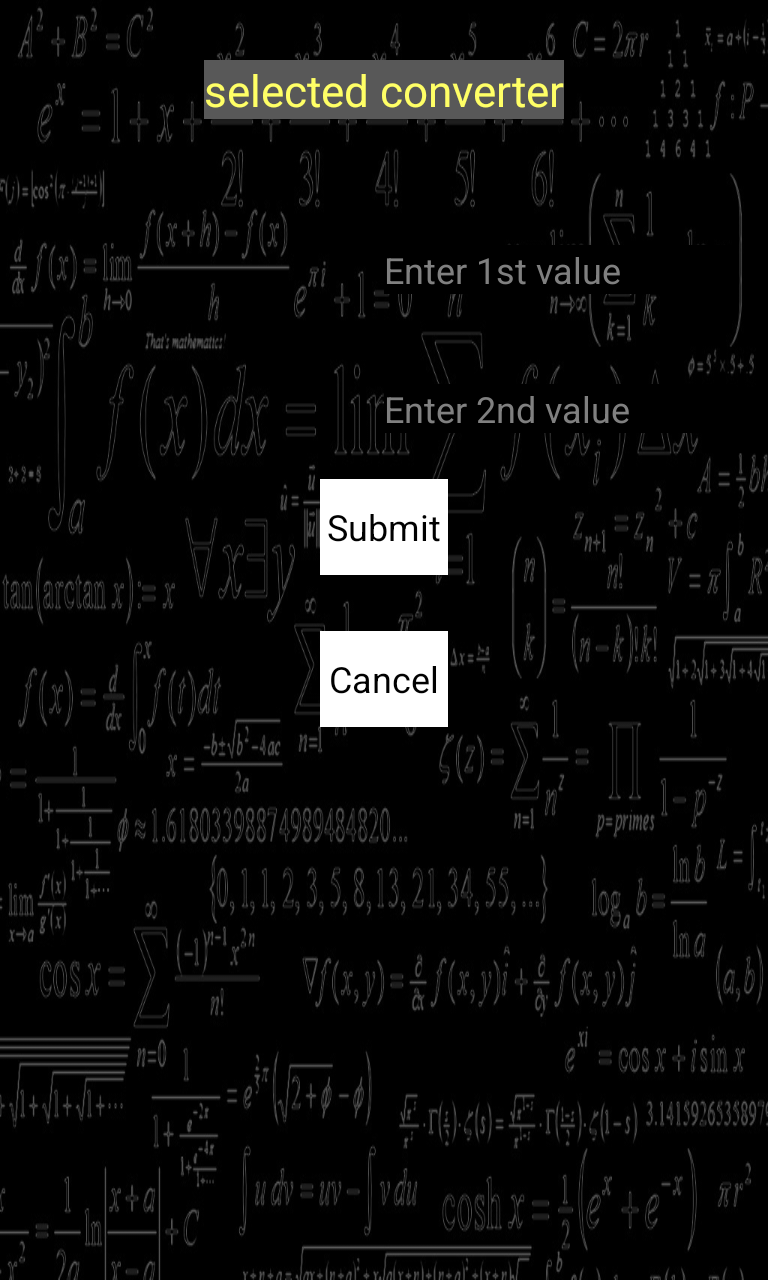
Repository: priyankaaj/practiced-apps
Layout: newProject/res/layout/activity_main.xml
An editor plug-in stored every save of this project. The layout is shown before and after the next save, followed by the edit.
It is drawn on a 768 x 1280 px phone screen (xhdpi) without system bars, with theme AppTheme; the app's code is not run.

Above is the layout before, as saved 2015-09-28 17:50:51.

### newProject/res/layout/activity_main.xml
<RelativeLayout xmlns:android="http://schemas.android.com/apk/res/android"
    xmlns:tools="http://schemas.android.com/tools"
    android:layout_width="match_parent"
    android:layout_height="match_parent"
    android:background="@drawable/maths_wallpaper"
    android:paddingBottom="@dimen/activity_vertical_margin"
    android:paddingLeft="@dimen/activity_horizontal_margin"
    android:paddingRight="@dimen/activity_horizontal_margin"
    android:paddingTop="@dimen/activity_vertical_margin"
    tools:context=".MainActivity" >

    <TextView
        android:id="@+id/selectedconverter"
        android:layout_width="wrap_content"
        android:layout_height="wrap_content"
        android:layout_alignParentTop="true"
        android:layout_centerHorizontal="true"
        android:layout_marginTop="14dp"
        android:text="selected converter"
        android:background="#585858"
        android:textColor="#FFFF66"
        android:textAppearance="?android:attr/textAppearanceLarge" />

    <Spinner
        android:id="@+id/spinnerconvertoptions"
        android:layout_width="wrap_content"
        android:layout_height="wrap_content"
        android:layout_below="@+id/selectedconverter"
        android:layout_centerHorizontal="true"
        android:background="#ffffff"
        android:textColor="#000000"
        android:layout_marginTop="19dp" />

    <EditText
        android:id="@+id/entvalue1"
        android:layout_width="wrap_content"
        android:layout_height="wrap_content"
        android:layout_alignLeft="@+id/spinnerconvertoptions"
        android:layout_below="@+id/spinnerconvertoptions"
        android:layout_marginTop="44dp"
        android:background="#000000"
        android:ems="10"
        android:hint="Enter 1st value"
        android:textColor="#ffffff" />

    <EditText
        android:id="@+id/entvalue2"
        android:layout_width="wrap_content"
        android:layout_height="wrap_content"
        android:layout_alignLeft="@+id/entvalue1"
        android:layout_below="@+id/entvalue1"
        android:layout_marginTop="45dp"
        android:background="#000000"
        android:ems="10"
        android:hint="Enter 2nd value"
        android:textColor="#ffffff" >

        <requestFocus />
    </EditText>

    <Button
        android:id="@+id/buttonsubmit"
        android:layout_width="wrap_content"
        android:layout_height="wrap_content"
        android:layout_below="@+id/entvalue2"
        android:layout_centerHorizontal="true"
        android:layout_marginTop="23dp"
        android:background="#ffffff"
        android:text="Submit"
        android:textColor="#000000" />

    <Button
        android:id="@+id/buttoncancel"
        android:layout_width="wrap_content"
        android:layout_height="wrap_content"
        android:layout_alignLeft="@+id/buttonsubmit"
        android:layout_below="@+id/buttonsubmit"
        android:layout_marginTop="28dp"
        android:background="#ffffff"
        android:text="Cancel"
        android:textColor="#000000" />

</RelativeLayout>

Loaded but not shown: newProject/res/values/styles.xml (common file); newProject/res/values-v11/styles.xml (common file); newProject/res/values-v14/styles.xml (common file); newProject/res/values/dimens.xml (common file)

After the next save:
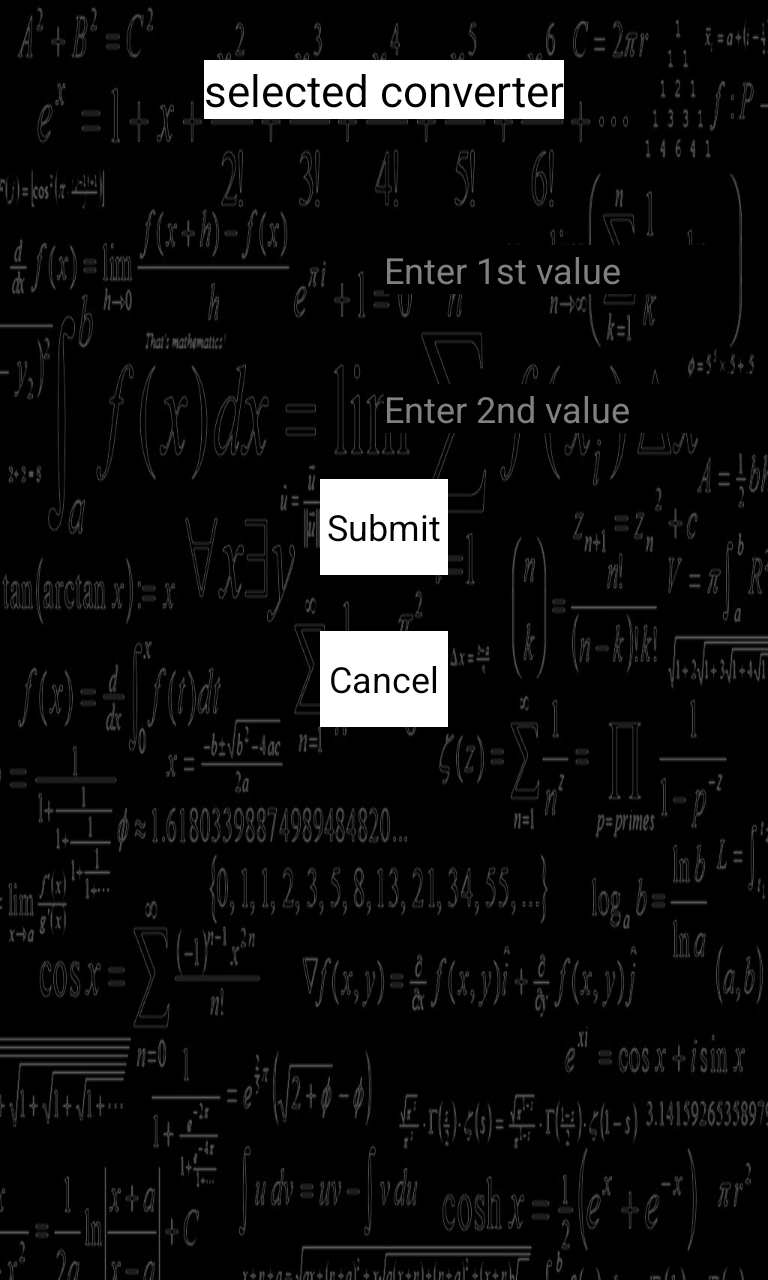
Saved 65 s later.
--- a/newProject/res/layout/activity_main.xml
+++ b/newProject/res/layout/activity_main.xml
@@ -17,8 +17,8 @@
         android:layout_centerHorizontal="true"
         android:layout_marginTop="14dp"
         android:text="selected converter"
-        android:background="#585858"
-        android:textColor="#FFFF66"
+        android:background="#ffffff"
+        android:textColor="#000000"
         android:textAppearance="?android:attr/textAppearanceLarge" />
 
     <Spinner
